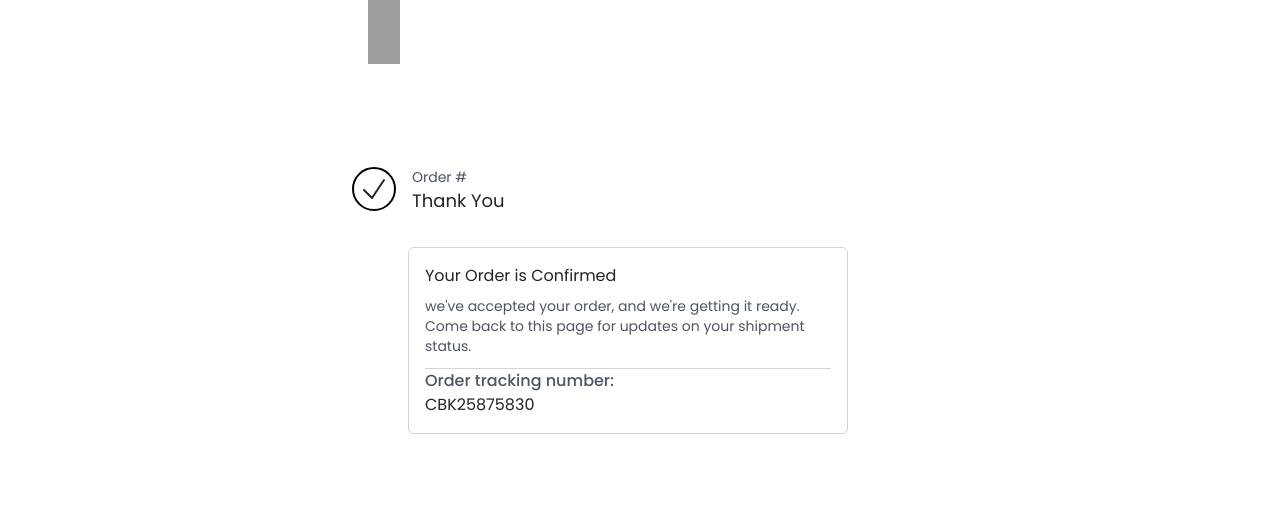
Repository: Deonorla/apple_redesign
Page: /success
These files come from the project's save history. The page is drawn as it stood at one moment and after the next save; the edit follows.
The browser window is 1280 px wide. The pictures show the whole page.
Pictures or frames that could not be fetched are drawn as grey boxes. The project was rebuilt for these pictures with package versions that can differ from the ones it lists, and the page was loaded fresh each time. The framework's server and built-in components were replaced by stand-ins that run in the browser. Also part of the build but not shown: next.config.js.

Above is the page before, as saved 2024-02-06 00:56:30.

### pages/_app.tsx
import "@/styles/globals.css";
import type { AppProps } from "next/app";
import Head from "next/head";
import { Provider } from "react-redux";
import { store } from "../redux/store";
import { Toaster } from "react-hot-toast";

export default function App({ Component, pageProps }: AppProps) {
  return (
    <Provider store={store}>
      <Head>
        <title>Apple Redesign</title>
      </Head>
      <Toaster />
      <Component {...pageProps} />
    </Provider>
  );
}

### pages/success.tsx
import Head from "next/head";
import Link from "next/link";
import Image from "next/image";
import React from "react";
import { CheckIcon } from "@heroicons/react/24/outline";
import { useRouter } from "next/router";

const success = () => {
  const router = useRouter();
  const { session_id } = router.query;
  return (
    <div>
      <Head>
        <title>Thank you! - Apple</title>
        <link rel="icon" href="/favicon.ico" />
      </Head>
      <header className="mx-auto max-w-xl">
        <Link href="/">
          <div className="relative ml-4 h-16 w-8 cursor-pointer transition lg:inline-flex ">
            <Image
              src="https://www.freeiconspng.com/uploads/apple-icon-4.png"
              width={200}
              height={200}
              style={{ objectFit: "cover" }}
              alt=""
            />
          </div>
        </Link>
      </header>
      <main className="">
        <section className="lg:mx-w-none order-2 mx-auto max-w-xl pb-12 lg:pr-16 lg:pt-16 2xl:pl-44">
          <div className="my-8 ml-4 flex space-x-4 lg:ml-14 xl:ml-0">
            <div className="flex h-11 w-11 items-center justify-center rounded-full border-2 border-black">
              <CheckIcon className="h-8 w-8" />
            </div>
            <div>
              <p className="text-sm text-gray-600">
                Order #{session_id?.slice(-5)}
              </p>
              <h4 className="text-lg">
                Thank You
                {/* {session ? session?.user?.name..split(" ")[0] : "Guest"} */}
              </h4>
            </div>
          </div>
          <div className="mx-4 divide-y divide-gray-300 rounded-md border border-gray-300 p-4 lg:ml-14">
            <div className="space-y-2 pb-3">
              <p>Your Order is Confirmed</p>
              <p className="text-sm text-gray-600">
                we've accepted your order, and we're getting it ready. Come back
                to this page for updates on your shipment status.
              </p>
            </div>
            <div>
              <p className=" font-medium text-gray-600">
                Order tracking number:
              </p>
              <p>CBK25875830</p>
            </div>
          </div>
          <div></div>
        </section>
      </main>
    </div>
  );
};

export default success;

### styles/globals.css
@import url("https://fonts.googleapis.com/css2?family=Poppins:ital,wght@0,100;0,200;0,300;0,400;0,500;0,600;0,700;0,800;0,900;1,100;1,200;1,300;1,400;1,500;1,600;1,700;1,800;1,900&family=Ultra&display=swap");

@tailwind base;
@tailwind components;
@tailwind utilities;

:root {
  --foreground-rgb: 0, 0, 0;
  --background-start-rgb: 214, 219, 220;
  --background-end-rgb: 255, 255, 255;
}

@media (prefers-color-scheme: dark) {
  :root {
    --foreground-rgb: 255, 255, 255;
    --background-start-rgb: 0, 0, 0;
    --background-end-rgb: 0, 0, 0;
  }
}

@layer base {
  body {
    @apply font-body text-[#232428];
  }
}

@layer components {
  .headerLink {
    @apply cursor-pointer opacity-75 transition hover:opacity-100;
  }
  .headerIcon {
    @apply h-6 w-6 cursor-pointer opacity-75 transition hover:opacity-100;
  }
  .link {
    @apply relative cursor-pointer text-lg font-medium before:absolute before:inset-x-0
    before:-bottom-1.5 before:h-0.5 before:origin-left before:scale-x-0 before:transform before:rounded-bl before:bg-black before:transition-all before:duration-200 hover:before:scale-x-100;
  }
  .borderGradient {
    text-align: center;
    padding-bottom: 5px;
    background: linear-gradient(to right, #ec4899, #8b5cf6) left bottom
      no-repeat;
    background-size: 100% 2px;
  }

  .tabPanel {
    @apply grid grid-cols-1 gap-8 sm:grid-cols-2 md:grid-cols-1 lg:grid-cols-2 xl:grid-cols-3;
  }
}

### redux/store.ts
import { configureStore } from "@reduxjs/toolkit";
import basketReducer from "./slices/basketSlice";
export const store = configureStore({
  reducer: {
    basket: basketReducer,
  },
});

export type RootState = ReturnType<typeof store.getState>;
export type AppDispatch = typeof store.dispatch;

### redux/slices/basketSlice.ts
import { createSlice } from "@reduxjs/toolkit";
import type { PayloadAction } from "@reduxjs/toolkit";
import { RootState } from "../store";

export interface BasketState {
  items: Product[];
}

const initialState: BasketState = {
  items: [],
};

export const basketSlice = createSlice({
  name: "basket",
  initialState,
  reducers: {
    addToBasket: (state: BasketState, action: PayloadAction<Product>) => {
      state.items = [...state.items, action.payload];
    },
    removeFromBasket: (
      state: BasketState,
      action: PayloadAction<{ id: string }>
    ) => {
      const index = state.items.findIndex(
        (item: Product) => item._id === action.payload.id
      );

      let newBasket = [...state.items];
      if (index >= 0) {
        newBasket.splice(index, 1);
      } else {
        console.log(`can\'t remove product (id: ${action.payload.id})`);
      }
      state.items = newBasket;
    },
  },
});

export const { addToBasket, removeFromBasket } = basketSlice.actions;

export const selectBasketItems = (state: RootState) => state.basket.items;
export const selectBasketItemsWithId = (state: RootState, id: string) => {
  state.basket.items.filter((item: Product) => item._id === id);
};

export const selectBasketTotal = (state: RootState) => {
  const result = state.basket.items.reduce(
    (total: number, item: Product) => (total += item.price),
    0
  );
  return result;
};

export default basketSlice.reducer;

### tailwind.config.js
/** @type {import('tailwindcss').Config} */
module.exports = {
  content: [
    "./pages/**/*.{js,ts,jsx,tsx,mdx}",
    "./components/**/*.{js,ts,jsx,tsx,mdx}",
    "./app/**/*.{js,ts,jsx,tsx,mdx}",
  ],
  theme: {
    extend: {
      fontFamily: {
        body: ["Poppins", "sans-serif"],
      },
      backgroundImage: {
        "gradient-radial": "radial-gradient(var(--tw-gradient-stops))",
        "gradient-conic":
          "conic-gradient(from 180deg at 50% 50%, var(--tw-gradient-stops))",
      },
    },
  },
  plugins: [],
};

Loaded but not shown: pages/_document.tsx (common file)

After the next save:
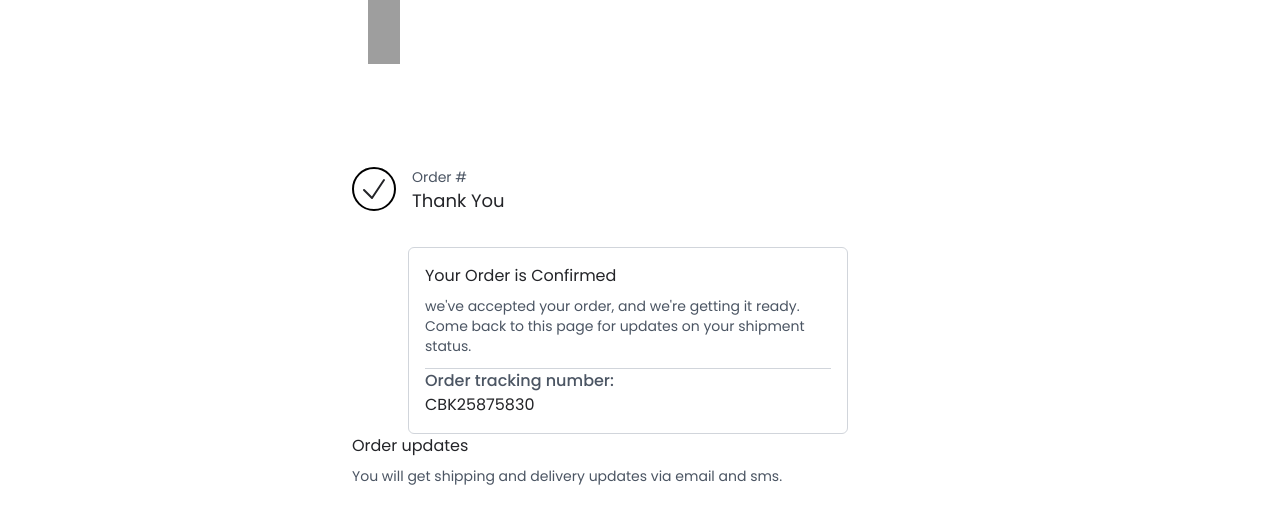
Saved 2 min 35 s later.
--- a/pages/success.tsx
+++ b/pages/success.tsx
@@ -58,7 +58,12 @@
               <p>CBK25875830</p>
             </div>
           </div>
-          <div></div>
+          <div className="space-y-2 pb-3">
+            <p> Order updates</p>
+            <p className="text-sm text-gray-600">
+              You will get shipping and delivery updates via email and sms.
+            </p>
+          </div>
         </section>
       </main>
     </div>
